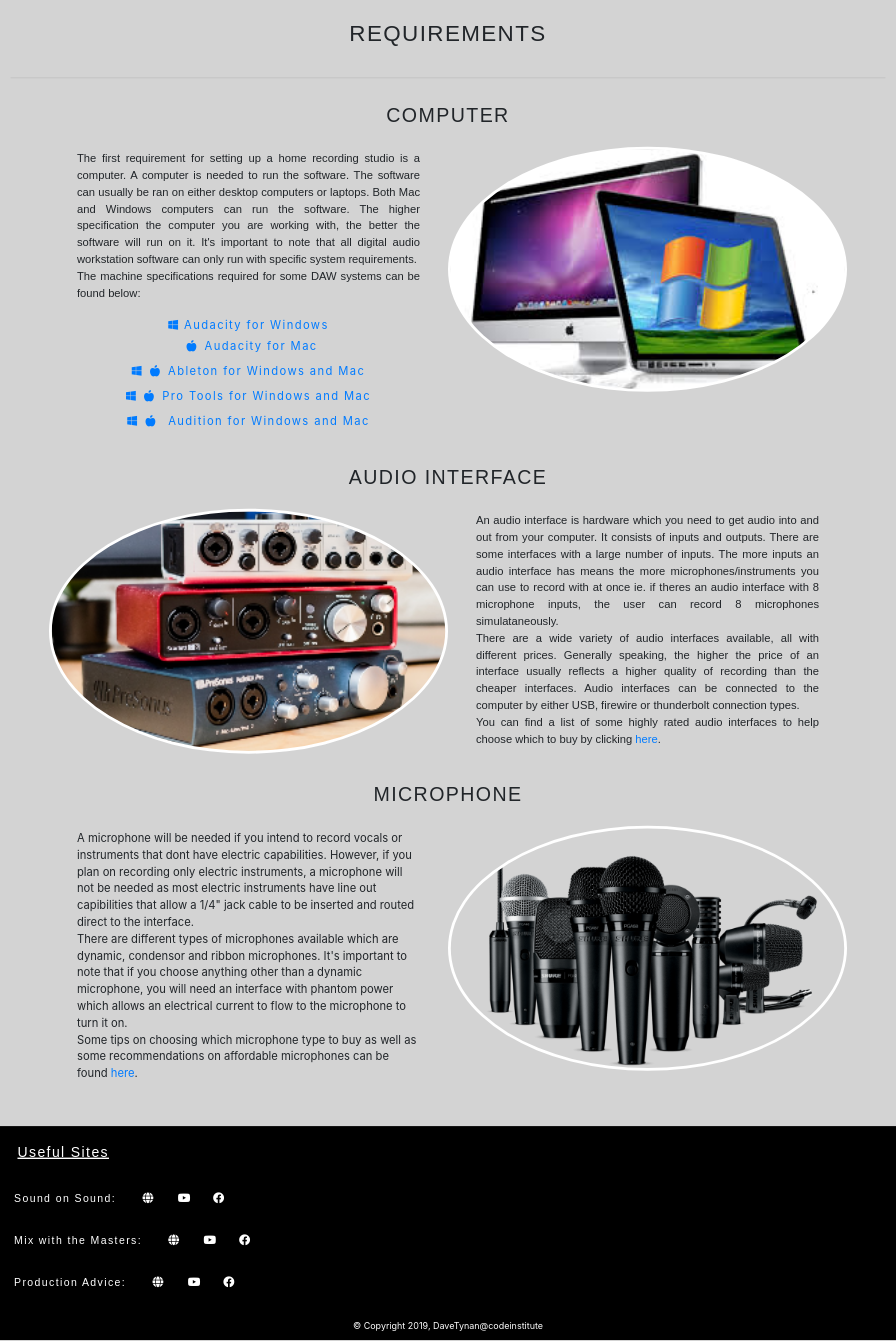
Repository: djjtyn/CIMilestoneProject1
Page: index.html
The author's editor kept a record of every edit. The page is drawn from the files as they stood at one moment, then again after the next edit.
The browser window is 1280 px wide. The pictures show the part of the page from y = 1224 to 3144 px (the page is 3139 px tall before and 3144 px after), at 70% of full size.
Some web libraries are served in a nearby version.

Above is the page before.
Console error (its wording comes from the project's code and is left out).

### index.html
<!DOCTYPE html>
<html lang="en">

<head>
  <meta charset="UTF-8">
  <meta name="viewport" content="width=device-width, initial-scale=1.0">
  <meta http-equiv="X-UA-Compatible" content="ie=edge">
  <link rel="stylesheet" href="https://stackpath.bootstrapcdn.com/bootstrap/4.3.1/css/bootstrap.min.css" integrity="sha384-ggOyR0iXCbMQv3Xipma34MD+dH/1fQ784/j6cY/iJTQUOhcWr7x9JvoRxT2MZw1T" crossorigin="anonymous">
  <link href="https://cdnjs.cloudflare.com/ajax/libs/font-awesome/5.9.0/css/all.min.css" rel="stylesheet">
  <link rel="stylesheet" href="css/style.css" type="text/css" />
  <title>Digital Audio Workstation</title>
</head>

<body>
  <nav class="navbar navbar-expand-md navbar-dark bg-dark fixed">
    <div class="nav-brand">
      <i class="fas fa-headphones"></i>
    </div>
    <!--Button code taken from WhiskeyDrop code institute project-->
    <button class="navbar-toggler" type="button" data-toggle="collapse" data-target="#navbarResponsive" aria-hidden="true">
                <span class="navbar-toggler-icon"></span>
            </button>
    <div class="collapse navbar-collapse" id="navbarResponsive">
      <ul class="navbar-nav mr-auto">
        <li class="nav-item">
          <a class="nav-link active" href="index.html">Home</a>
        </li>
        <li class="nav-item">
          <a class="nav-link" href="eq.html">Equalization</a>
        </li>
        <li class="nav-item">
          <a class="nav-link" href="complim.html">Compressor/ Limiter</a>
        </li>
      </ul>
    </div>
  </nav>
  <!--NAVBAR-->
  <div class="no-gutters common-img "></div>
  <!--COMMON PIC-->
  <hr>
  <section class="container-fluid">
    <div class="row">
      <div class="col-12">
        <h1>Digital Audio Workstation (DAW)</h1>
      </div>
    </div>
    <hr>
    <div class="row">
      <div class="col-12 col-md-6 icons">
        <a href="https://www.avid.com/pro-tools/features" class="pro-tools" target="_blank" />
        <img src="images/protools.jpg" height="140px" width="270px" ;/>
        </a>
        <a href="https://www.ableton.com/en/live/" class="ableton" target="_blank" />
        <img src="images/ableton.jpg" height="140px" width="270px" />
        </a>
        <a href="https://www.audacityteam.org/about/features/" class="audacity" target="_blank" />
        <img src="images/audacity.jpg" height="140px" width="270px" />
        </a>
        <a href="https://www.adobe.com/mena_en/products/audition/features._sl_id-contentfilter_sl_featuredisplaytypes_sl_all.html" class="audition" target="_blank" />
        <img src="images/audition.jpg" height="140px" width="270px" />
        </a>
      </div>
      <!--ICONS-->
      <div class="col-12 col-md-6 icontxt">
        <p>The purpose of this site is to provide information for people interested in creating their own home recordings and the tools that are needed to enhance the audio quality on the recordings.<br> A
          <b> Digital Audio Workstation (DAW)</b> is software used in the recording and post production of audio. They are used in many professional recording studios but can be set up easily enough for use in the comfort of your home.<br> On this site,
          you will find the requirements needed to make use of one of these in addition to information on some commonly used tools found within every one of the digital audio workstation programmes available.<br> There is many different digital audio
          workstation software available such as Pro Tools, Audacity, Ableton and Audition to name a few. You will find icons on this page for the four software programmes I have named. Each icon is a link, which upon clicking, will take you to a page
          containing some information on each individual software program and its various features.<br> Every one of these software programmes have their own strengths and weaknesses but all will work well with recording or improving audio quality for
          basic home recordings.<br> Some of the software I have listed is free to download. The ones that cost to download will allow a free trial or allow scaled down version of the full program to be downloaded for free. All the tools mentioned on
          this website can be found in the free versions of whichever software you choose to download.<br> There are a number of requirements neccessary to get started with using this software, which I have listed below.</p>
      </div>
      <!--ICON TXT-->
    </div>
    <!--ICONS & ICON TXT-->
    <hr>
    <div class="row">
      <div class="col-12">
        <h2>Requirements</h2>
      </div>
    </div>
    <hr>
    <div class="container">
      <div class="row comp">
        <div class="col-12">
          <h3>Computer</h3>
        </div>
        <div class="col-12 col-md-6 comptxt">
          <p>The first requirement for setting up a home recording studio is a computer. A computer is needed to run the software. The software can usually be ran on either desktop computers or laptops. Both Mac and Windows computers can run the software.
            The higher specification the computer you are working with, the better the software will run on it. It's important to note that all digital audio workstation software can only run with specific system requirements. <br> The machine specifications
            required for some DAW systems can be found below:</p>
          <ul>
            <li><a href="https://www.audacityteam.org/download/windows/#sysreq" target="_blank"><i class="fab fa-windows"></i> Audacity for Windows</a></li>
            <li><a href="https://www.audacityteam.org/download/mac/" target="_blank"><i class="fas fa-apple-alt"></i>Audacity for Mac</a></li>
            <li><a href="https://help.ableton.com/hc/en-us/articles/115001663530-Live-10-Minimum-System-Requirements" target="_blank"><i class="fab fa-windows"></i><i class="fas fa-apple-alt"></i>Ableton for Windows and Mac</a></li>
            <li><a href="http://avid.force.com/pkb/articles/compatibility/Pro-Tools-System-Requirements" target="_blank"><i class="fab fa-windows"></i><i class="fas fa-apple-alt"></i>Pro Tools for Windows and Mac</a></li>
            <li><a href="https://helpx.adobe.com/ie/audition/system-requirements.html" target="_blank"><i class="fab fa-windows"></i><i class="fas fa-apple-alt"></i> Audition for Windows and Mac</a>
          </ul>
        </div>
        <div class="col-12 col-md-6 computer"></div>
      </div>
      <div class="row">
        <div class="col-12">
          <h3>Audio Interface</h3>
        </div>
      </div>
      <div class="row int">
        <div class="col-12 col-md-6 interface"></div>
        <div class="col-12 col-md-6 interfacetxt">
          <p>An audio interface is hardware which you need to get audio into and out from your computer. It consists of inputs and outputs. There are some interfaces with a large number of inputs. The more inputs an audio interface has means the more microphones/instruments
            you can use to record with at once ie. if theres an audio interface with 8 microphone inputs, the user can record 8 microphones simulataneously.<br> There are a wide variety of audio interfaces available, all with different prices. Generally
            speaking, the higher the price of an interface usually reflects a higher quality of recording than the cheaper interfaces. Audio interfaces can be connected to the computer by either USB, firewire or thunderbolt connection types. <br> You
            can find a list of some highly rated audio interfaces to help choose which to buy by clicking <a href="https://www.sweetwater.com/insync/best-audio-interfaces-for-home-studio/" target="_blank">here</a>. </p>
        </div>
      </div>
      <div class="row">
        <div class="col-12">
          <h3>Microphone</h3>
        </div>
      </div>
      <div class="row">
        <div class="col-12 col-md-6 mictxt">
          A microphone will be needed if you intend to record vocals or instruments that dont have electric capabilities. However, if you plan on recording only electric instruments, a microphone will not be needed as most electric instruments have line out capibilities
          that allow a 1/4" jack cable to be inserted and routed direct to the interface.<br> There are different types of microphones available which are dynamic, condensor and ribbon microphones. It's important to note that if you choose anything
          other than a dynamic microphone, you will need an interface with phantom power which allows an electrical current to flow to the microphone to turn it on.<br> Some tips on choosing which microphone type to buy as well as some recommendations
          on affordable microphones can be found <a href="https://ledgernote.com/reviews/best-cheap-microphones/" target="_blank">here</a>.
        </div>
        <div class="col-12 col-md-6 microphone"></div>
      </div>
    </div>
  </section>
  <footer class="container-fluid links">
    <h5 class="uppercase">Useful Sites</h5>
    <div class="sos">
      <h6>Sound on Sound:</h6>
      <a href="https://www.soundonsound.com/" target="_blank"> <i class="fas fa-globe"></i></a>
      <a href="https://www.youtube.com/channel/UCFw2zGrdiLLAwbNQra1vtnA" target="_blank"><i class="fab fa-youtube"></i></a>
      <a href="https://www.facebook.com/soundonsoundmag/" target="_blank"><i class="fab fa-facebook"></i></a>
    </div>
    <div class="mwthm">
      <h6>Mix with the Masters:</h6>
      <a href="https://mixwiththemasters.com/" target="_blank"><i class="fas fa-globe"></i></a>
      <a href="https://www.youtube.com/user/MixWithTheMASTERS" target="_blank"><i class="fab fa-youtube"></i></a>
      <a href="https://www.facebook.com/MixWithTheMasters/" target="_blank"><i class="fab fa-facebook"></i></a>
    </div>
    <div class="pa">
      <h6>Production Advice:</h6>
      <a href="https://productionadvice.co.uk/" target="_blank"><i class="fas fa-globe"></i></a>
      <a href="https://www.youtube.com/channel/UCMFrnWIF6N5YtOZzmCGP16A" target="_blank"><i class="fab fa-youtube"></i></a>
      <a href="https://www.facebook.com/ProductionAdvice/" target="_blank"><i class="fab fa-facebook"></i></a>
    </div>
    <div class="copy">
      <small>&copy; Copyright 2019, DaveTynan@codeinstitute</small>
    </div>
  </footer>
</body>
<script src="https://cdnjs.cloudflare.com/ajax/libs/jquery/3.2.1/jquery.min.js"></script>
<script src="https://cdnjs.cloudflare.com/ajax/libs/twitter-bootstrap/4.0.0-alpha.6/js/bootstrap.min.js"></script>

</html>

### css/style.css
h1, h2, h3 {
    text-align: center;
    font-family: Arial;
    padding:20px;
    letter-spacing: 2px;
    text-transform: uppercase;
}



p{
    text-align: justify;
    font-family: Arial;
}


/*-------------------------------------------------NAVBAR---*/

nav{
    height: 70px;
    font-size: 20px;
    color: #fff;
}

.fa-headphones{
    padding-left: 15px;
    padding-right:15px;
    margin-right: 15px;
    font-size: 50px;
}

nav ul li {
    padding:15px;
    font-family: Arial;
    letter-spacing: 5px;}

/*-------------------------------------------------COMMON IMG---*/
.common-img {
    height: 400px;
    background-image: url("../images/bg.jpg");
    background-size: cover;
    background-repeat: no-repeat;
    background-position: center;
   width: 100%;
   }


/*-------------------------------------------------MAIN---*/
h1, h2, h3 {
    text-align: center;
}

body{
    background-color: #d3d3d3;
}

.pro-tools, .ableton, .audacity, .audition {
    display: inline-block;
    padding: 2%;
}

.icons {
    float:left;
    width:300px;
    padding:10px;
    text-align:center;
}

.icontxt{
    padding-right:40px;
    padding-left:40px;
    text-align:center;
    ;
}


/*-------------------------------------------------Requirements--*/


.comp ul {
    text-align:center;
    padding:5px;
    margin-bottom: 0;
}



.comp .fa-apple-alt{
    padding:10px;
}

.computer {
    height: 350px;
    background-image: url("../images/computer.jpeg");
    background-size: cover;
    background-repeat: no-repeat;
    border:4px solid #fff;
    border-radius:50%;
    width: 300px;
    float:right;
    margin-top: 0;

}

.comptxt{
   padding:40px;
   text-align:center;
   padding-top: 5px;
   padding-bottom: 5px;
}

.interface{
    height: 350px;
    background-image: url("../images/interface.jpg");
    background-size: cover;
    background-repeat: no-repeat;
    background-position:center;
    border:4px solid #fff;
    border-radius:50%;
    width: 300px;
    padding:10;
    float:left;
}

.interfacetxt{
    padding:40px;
    text-align:center;
    padding-top: 5px;
    padding-bottom: 0px;
}

.microphone{
    height: 350px;
    background-image: url("../images/microphones.png");
    background-size: cover;
    background-repeat: no-repeat;
    background-position:center;
    border:4px solid #fff;
    border-radius:50%;
    width: 300px;
    padding:10;
    float:right;

}

.mictxt{
   padding:40px;
   padding-top: 5px;
   padding-bottom: 0px;

}

.comp, .mic, .int{
    margin-bottom:15px;

   }

ul{
    list-style: none;
    letter-spacing: 2px;
}


/*-------------------------------------------------FOOTER---*/


footer {
    background-color: #000;
    margin-top:5%;


}

h5 {
    font-family: Arial;
    color: #fff;
    letter-spacing: 2px;
    text-decoration: underline;
    font-weight: 300;
    padding: 15px;
    margin: 5;
}

h6 {
    font-family: Arial;
    letter-spacing: 2px;
    color: white;
    font-size: 15px;
}

.links a, .links, h6 {
    display: inline-block;
    padding: 10px;}

footer i {
    height: 30px;
    width: 15px;
    color: #fff;
    padding: 8px;
    margin: 5px;
    transition-timing-function: ease-in-out;
    transition-duration: .5s;
}

.copy{
    color: #fff;
    text-align: center;
    margin-top: 20px;
}

footer .fa-facebook:hover {
  color: blue;
}

footer .fa-youtube:hover {
    color: red;
}

footer .fa-globe:hover{
    color:#228B22;
}

 /*-------------------------------------------------EQ---*/

 .eqtop{
    margin-bottom:35px;
    margin-top:0;
}

 }
 .eq{
     background-image: url("../images/EQ.png");
     background-size: cover;
     background-repeat: no-repeat;
     height: 300px;
     width:100%;}

 .oneband {
     height: 350px;
     width: 100%;
     background-image: url("../images/1band.png");
     background-size: contain;
     background-repeat: no-repeat;
     background-position: center;
     }

 .sevenband{
     height: 350px;
     width: 100%;
     background-image: url("../images/7band.jpg");
     background-size: contain;
     background-repeat: no-repeat;
     background-position: center;

 }

 /*-------------------------------------------------Compress/Limit---*/

 .compress{
     background-image: url("../images/spring.jpg");
     background-size: cover;
     height: 350px;
     width: 750px;
     background-repeat: no-repeat;
     background-position: center;}

.compresspic{
     background-image: url("../images/compressor.png");
     background-size: contain;
     background-repeat: no-repeat;
     background-position: center;
     width:100%;
}

.limiter{
     background-image: url("../images/Limiter.jpg");
     background-size: contain;
     background-repeat: no-repeat;
     background-position: center;
     width:100%;

}

After the next edit:
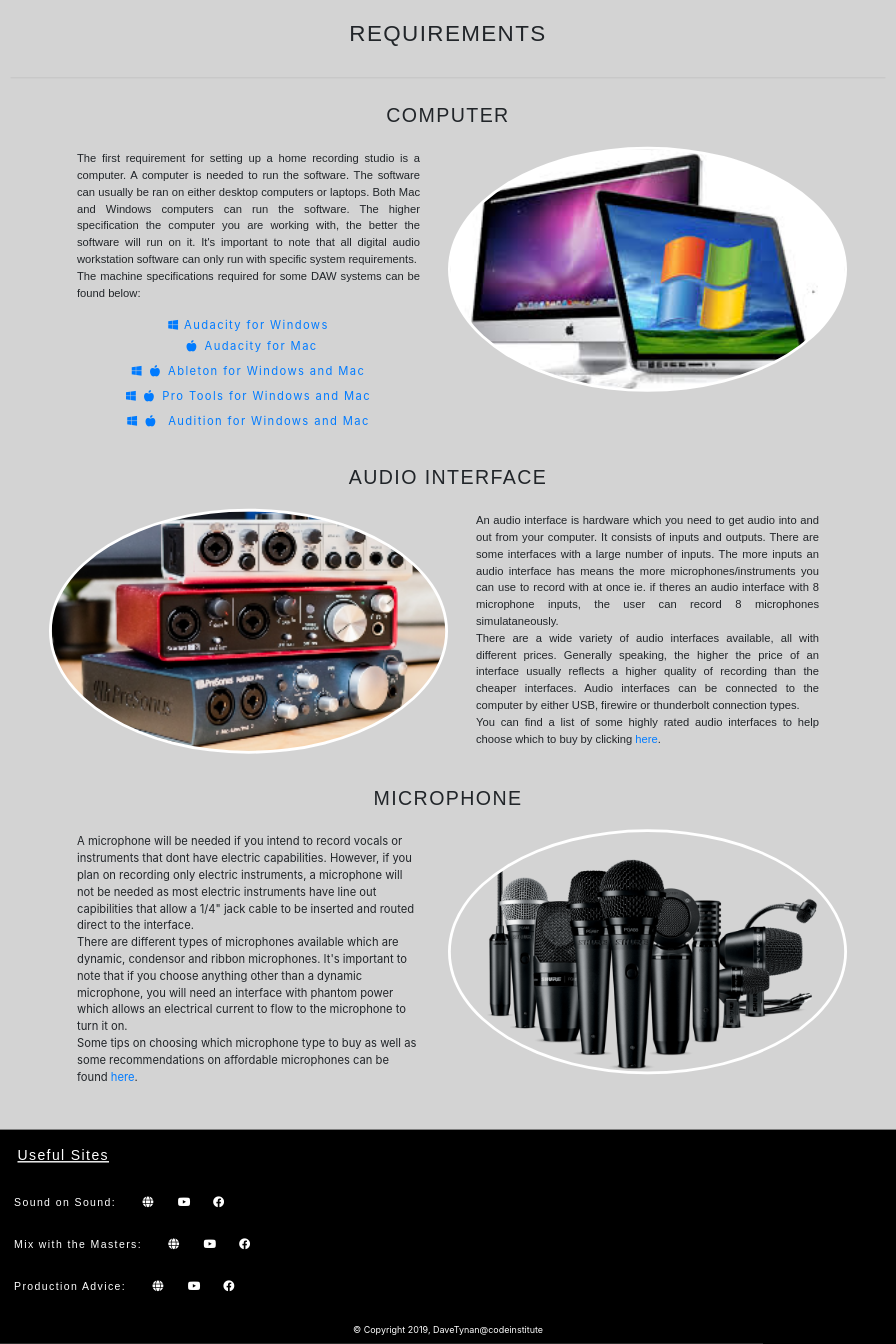
The edit:
--- a/css/style.css
+++ b/css/style.css
@@ -126,7 +126,7 @@
     padding:40px;
     text-align:center;
     padding-top: 5px;
-    padding-bottom: 0px;
+    padding-bottom: 5px;
 }
 
 .microphone{
